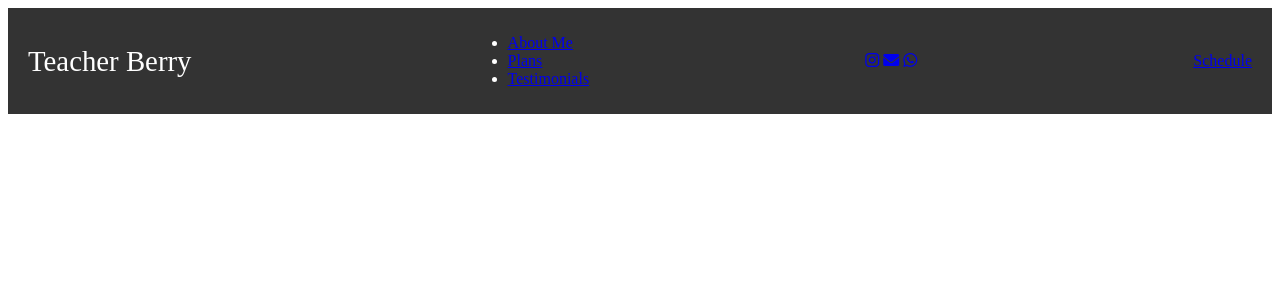
Repository: ntandomagana/esl-landing-page
Page: index.html
These files come from the project's save history. The page is drawn as it stood at one moment and after a run of saves; the edit follows.
The browser window is 1280 px wide. The pictures show the whole page.

Above is the page before, as saved 2024-07-16 22:55:53.

### index.html
<!DOCTYPE html>
<html lang="en">
<head>
    <meta charset="UTF-8">
    <meta name="viewport" content="width=device-width, initial-scale=1.0">
    <link rel="stylesheet" href="https://cdnjs.cloudflare.com/ajax/libs/font-awesome/6.0.0-beta3/css/all.min.css">

    <title>Berry's English</title>
    <link rel="stylesheet" href="index.css">
</head>
<body>
    <!-- Header Section -->
    <header>
        <div class="header-container">
            <div class="logo">Teacher Berry</div>
            <nav>
                <ul>
                    <li><a href="#about">About Me</a></li>
                    <li><a href="#services">Plans</a></li>
                    <li><a href="#testimonials">Testimonials</a></li>

                </ul>
            </nav>
            <div class="social-links">
                <a href="#" class="social-link"><i class="fab fa-instagram"></i></a>
                <a href="mailto:berry@example.com" class="social-link"><i class="fas fa-envelope"></i></a>
                <a href="https://wa.me/1234567890" class="social-link"><i class="fab fa-whatsapp"></i></a>
            </div>
            <a href="#contact" class="schedule-button">Schedule</a>
        </div>
    </header>
    </footer>
</body>
</html>

### index.css


.header-container {
    display: flex;
    justify-content: space-between;
    align-items: center;
    padding: 10px 20px;
    background-color: #333;
    color: #fff;
}

.logo {
    font-size: 1.8rem;
}

After the next 4 saves:
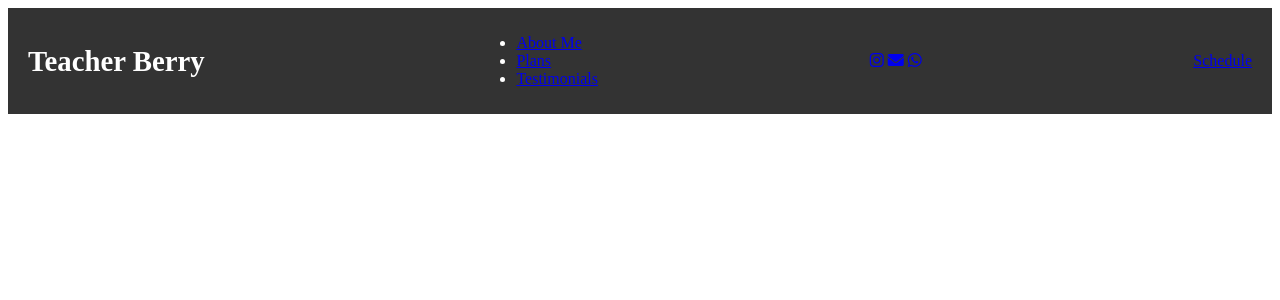
The 4 saves are shown as one change because they came seconds apart.
The last was saved 12 s later.
--- a/index.css
+++ b/index.css
@@ -11,4 +11,6 @@
 
 .logo {
     font-size: 1.8rem;
+    font-weight: bold;
+    text-transform: ;
 }
